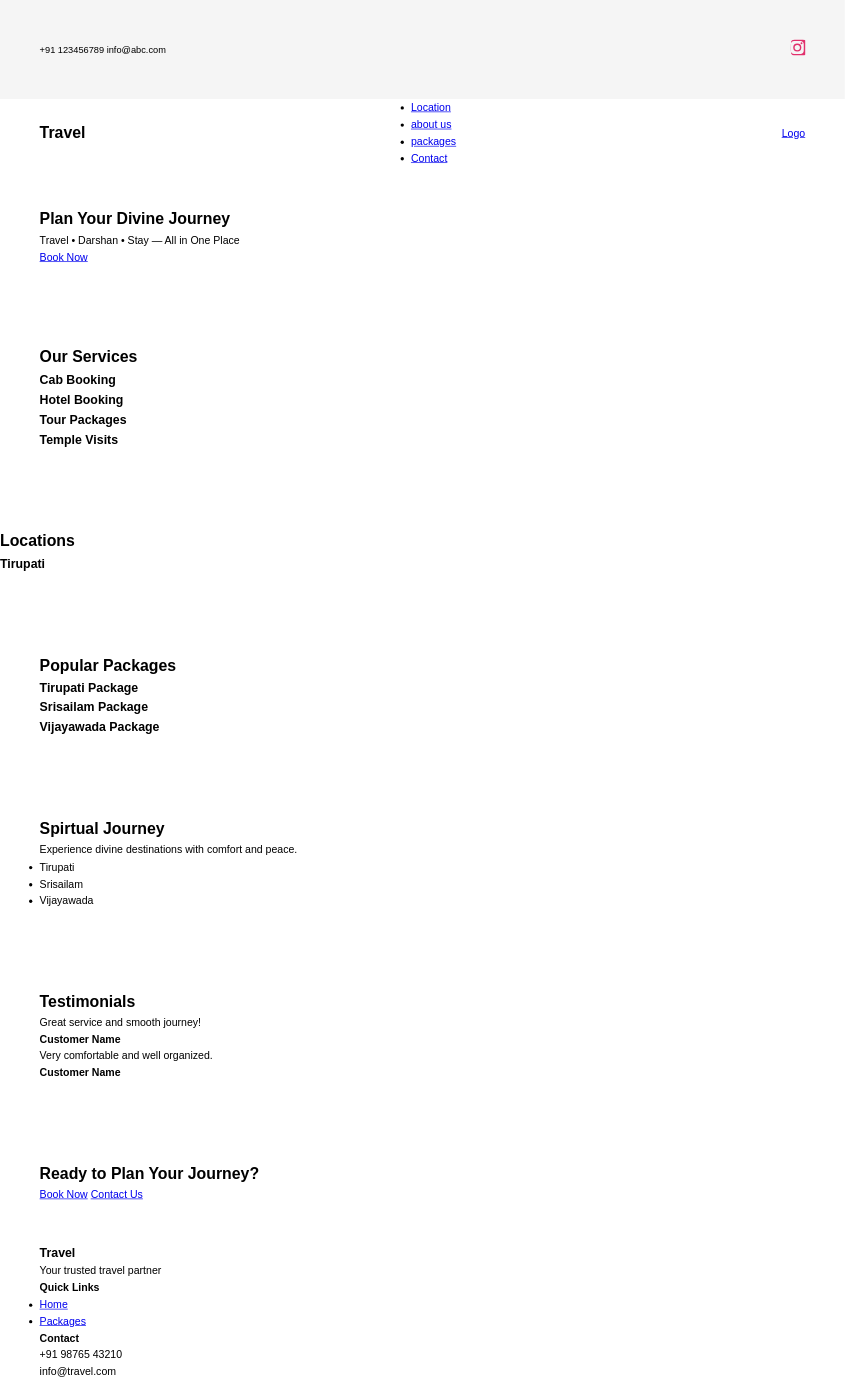
Repository: heytirupati/Bookingweb
Page: index.html
These files come from the project's save history. The page is drawn as it stood at one moment and after a run of saves; the edit follows.
The browser window is 1280 px wide. The pictures show the whole page, at 66% of full size.

Above is the page before, as saved 2026-03-27 11:41:55.

After the next 4 saves:
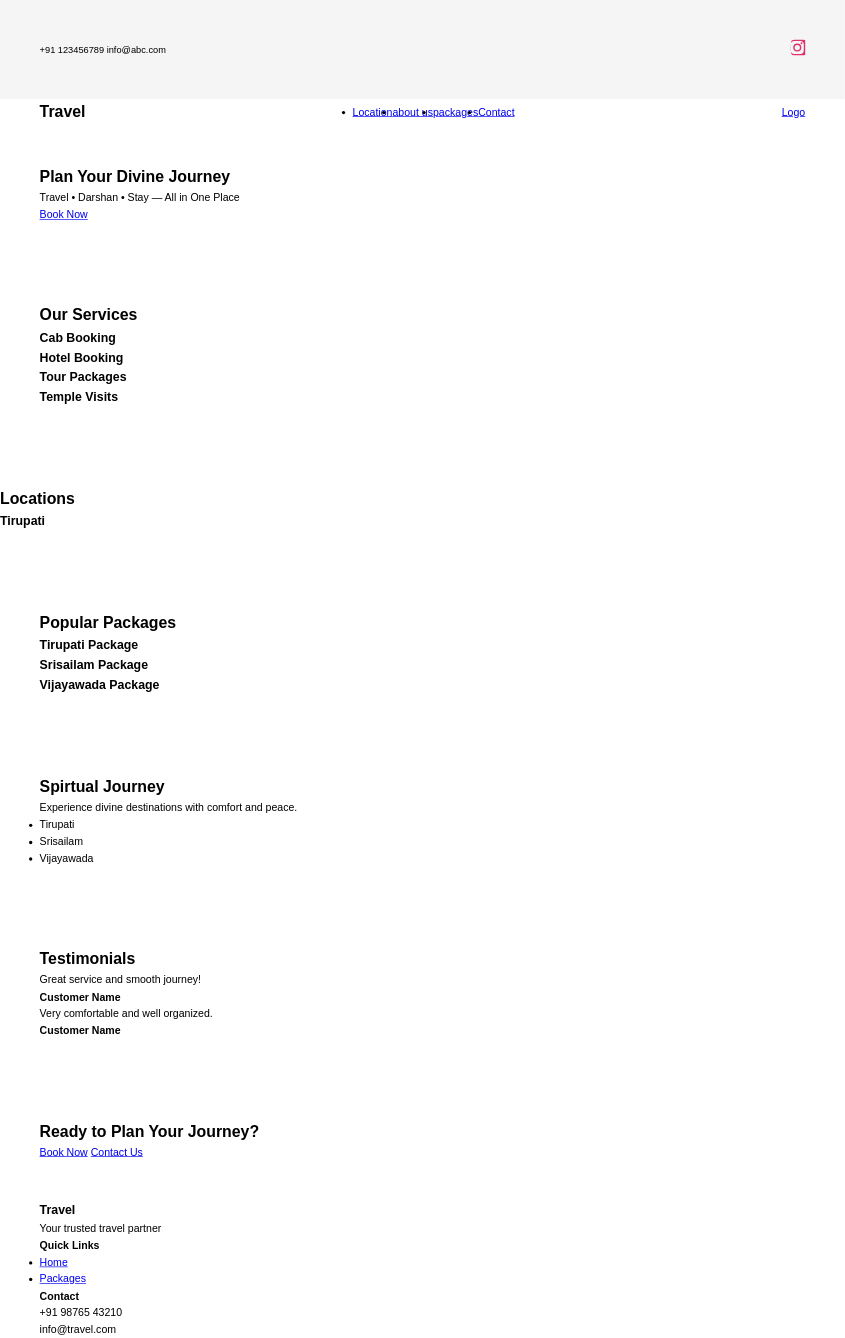
The 4 saves are shown as one change because they came seconds apart.
The last was saved 11 s later.
--- a/css/style.css
+++ b/css/style.css
@@ -47,4 +47,7 @@ section{
     justify-content: space-between;
     align-items: center;
 }
-.nav-menu
+.nav-menu ul{
+    display: flex;
+
+}
